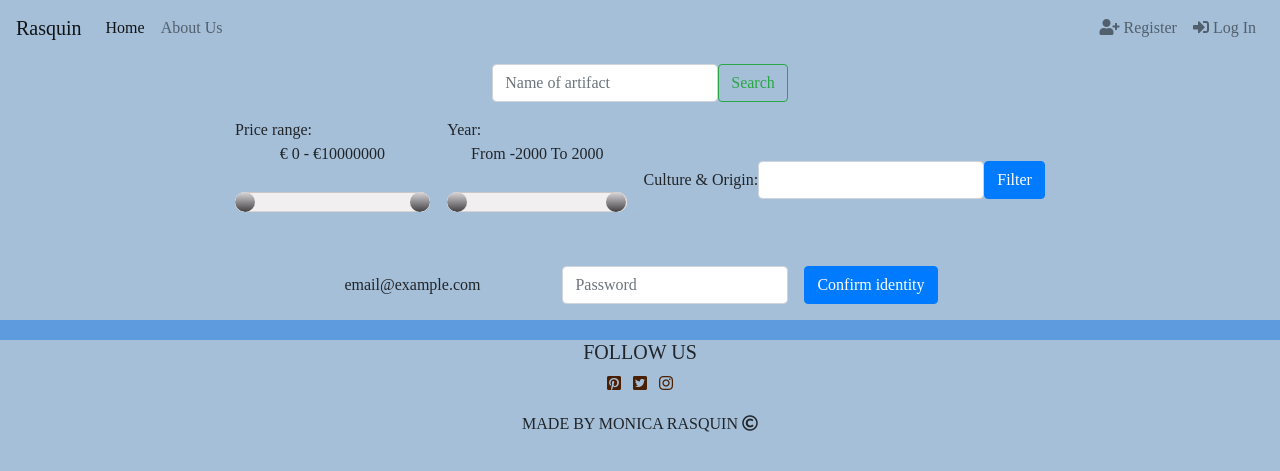
Repository: Rasquin/auction
Page: templates/base.html
The author's editor kept a record of every edit. The page is drawn from the files as they stood at one moment, then again after the next edit.
The browser window is 1280 px wide. The pictures show the whole page.
The template is drawn by Django 2.2. The application's start-up code is not run. The template is opened directly, without the code that normally fills it, so the values that code supplies are empty.

Above is the page before.

After the next edit:
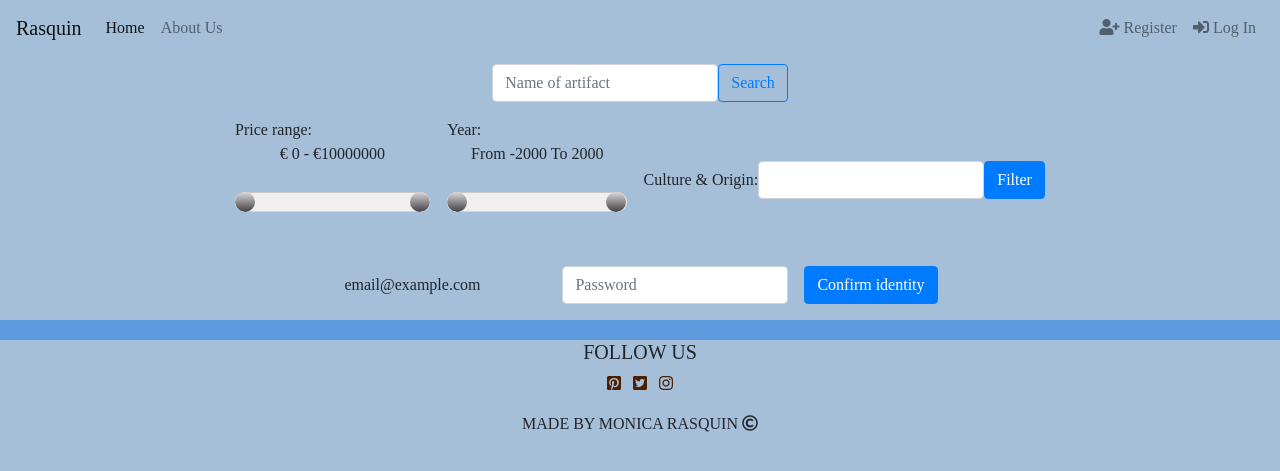
The edit:
--- a/templates/base.html
+++ b/templates/base.html
@@ -80,7 +80,7 @@
         <form action="{% url 'search_by_name' %}" method="get" class="form-inline ">
             {% csrf_token %}
             <input type="text" class="form-control" id="artifact_name" name="artifact_name" required placeholder="Name of artifact">
-            <button class="btn btn-outline-success  my-2 my-sm-0" type="search">Search</button>
+            <button class="btn btn-outline-primary  my-2 my-sm-0" type="search">Search</button>
         </form>
     </nav>
 
